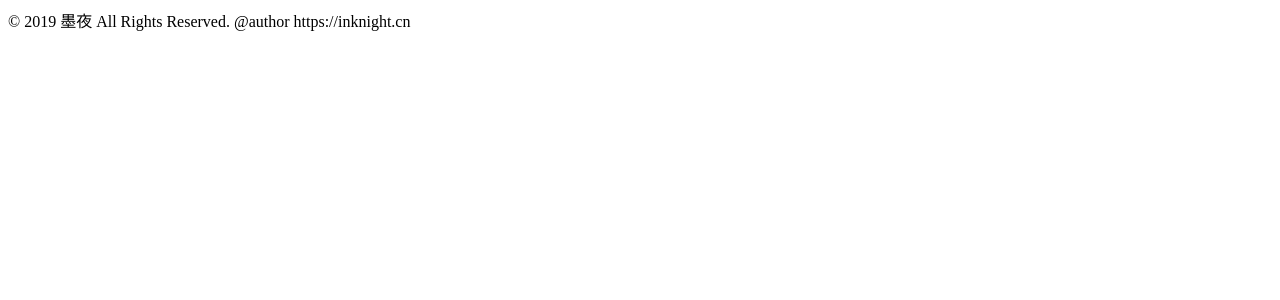
Repository: inkn/Blog
Page: views/_partials/footer.html
An editor plug-in stored every save of this project. The page is shown before and after the next save, followed by the edit.
The browser window is 1280 px wide. The pictures show the whole page.

Above is the page before, as saved 2019-04-11 20:31:00.

After the next save:
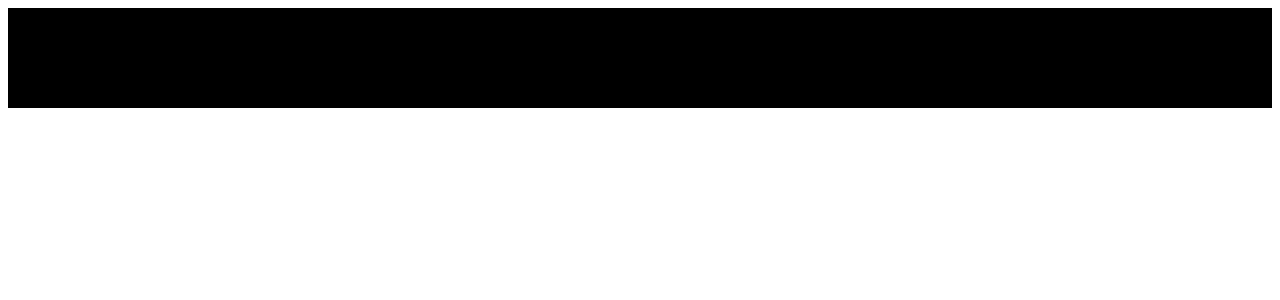
Saved 21 s later.
--- a/views/_partials/footer.html
+++ b/views/_partials/footer.html
@@ -1 +1,2 @@
-<div class="footer">© 2019 墨夜 All Rights Reserved.        @author https://inknight.cn</div>
+<div style="height: 100px;
+background-color: #000;">© 2019 墨夜 All Rights Reserved.        @author https://inknight.cn</div>
